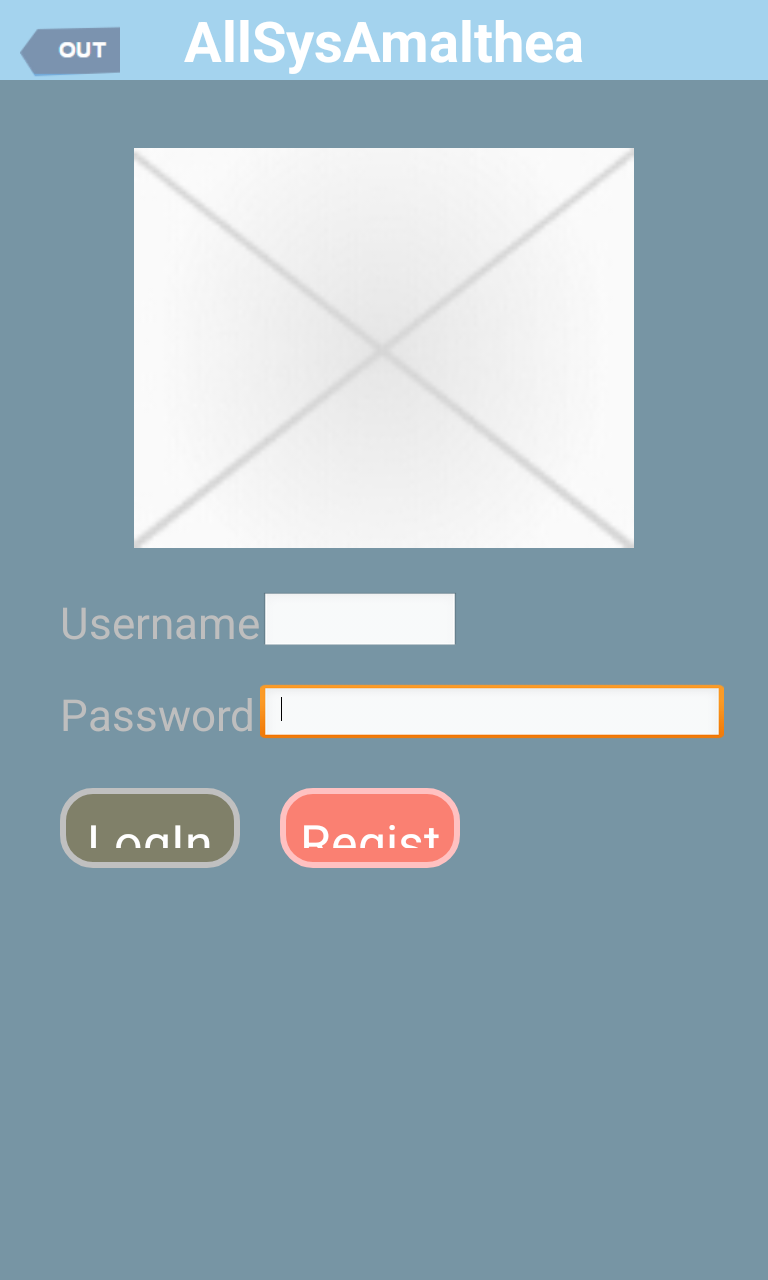
Repository: AllSysAmalthea/AllSys
Layout: APP/AppUI code/代码/Allsys/res/layout/activity_log_in.xml
The author's editor kept a copy of each file at every save. The layout is drawn from the files as they stood at one save, then again after the next save.
It is drawn on a 768 x 1280 px phone screen (xhdpi) without system bars, with theme android:Theme.NoTitleBar; the app's code is not run.

Above is the layout before, as saved 2015-06-08 02:33:04.

### APP/AppUI code/代码/Allsys/res/layout/activity_log_in.xml
<RelativeLayout xmlns:android="http://schemas.android.com/apk/res/android"
    xmlns:tools="http://schemas.android.com/tools"
    android:layout_width="match_parent"
    android:layout_height="wrap_content"
    android:layout_gravity="center_horizontal"
    android:background="@drawable/back"
    android:gravity="top"
    tools:context=".LogInActivity" >

    <AbsoluteLayout
        android:id="@+id/linearLayout1"
        android:layout_width="fill_parent"
        android:layout_height="wrap_content"
        android:orientation="horizontal" >

        <TextView
            android:id="@+id/header_text"
            android:layout_width="fill_parent"
            android:layout_height="80px"
            android:layout_x="0px"
        	android:layout_y="0px"
            android:gravity="center"
            android:singleLine="true"
            android:text="AllSysAmalthea"
            android:background="#A4D3EE"
            android:textColor="#ffffff"
            android:textSize="28sp"
            android:textStyle="bold" />

        <ImageButton
            android:id="@+id/header_left_btn"
            android:layout_width="100px"
            android:layout_height="80px"
            android:layout_x="10dp"
            android:layout_y="4dp"
            android:background="@drawable/pic1" />

    </AbsoluteLayout>

    <TextView
        android:id="@+id/textView1"
        android:layout_width="200px"
        android:layout_height="60px"
        android:layout_alignParentLeft="true"
        android:layout_below="@+id/myImageView1"
        android:layout_marginLeft="30dp"
        android:layout_marginTop="22dp"
        android:text="Username"
        android:textSize="22sp" />

    <EditText
        android:id="@+id/Username"
        android:layout_width="200px"
        android:layout_height="60px"
        android:layout_above="@+id/textView2"
        android:layout_toRightOf="@+id/textView1"
        android:ems="10"
        android:inputType="textPersonName"
        android:textSize="22sp" />

    <TextView
        android:id="@+id/textView2"
        android:layout_width="200px"
        android:layout_height="60px"
        android:layout_alignLeft="@+id/textView1"
        android:layout_below="@+id/textView1"
        android:layout_marginTop="16dp"
        android:text="Password"
        android:textSize="22sp" />

    <EditText
        android:id="@+id/Password"
        android:layout_width="200px"
        android:layout_height="60px"
        android:layout_alignParentRight="true"
        android:layout_alignTop="@+id/textView2"
        android:layout_marginRight="22dp"
        android:layout_toRightOf="@+id/textView2"
        android:ems="10"
        android:inputType="textPassword"
        android:textSize="22sp" >

        <requestFocus />
    </EditText>

    <Button
        android:id="@+id/Login"
        android:layout_width="180px"
        android:layout_height="80px"
        android:layout_alignLeft="@+id/textView2"
        android:layout_below="@+id/textView2"
        android:layout_marginTop="22dp"
        android:background="@drawable/shape"
        android:text="LogIn"
        android:textColor="#ffffff"
        android:textSize="25sp" />

    <Button
        android:id="@+id/Register"
        android:layout_width="180px"
        android:layout_height="80px"
        android:layout_alignBaseline="@+id/Login"
        android:layout_alignBottom="@+id/Login"
        android:layout_alignRight="@+id/Username"
        android:background="@drawable/shape2"
        android:text="Register"
        android:textColor="#ffffff"
        android:textSize="25sp" />

    <ImageView
        android:id="@+id/myImageView1"
        android:layout_width="500px"
        android:layout_height="400px"
        android:layout_below="@+id/linearLayout1"
        android:layout_centerHorizontal="true"
        android:layout_marginTop="30dp"
        android:background="@drawable/news" />

</RelativeLayout>

### APP/AppUI code/代码/Allsys/res/drawable-mdpi/shape.xml
<?xml version="1.0" encoding="utf-8"?>
<shape xmlns:android="http://schemas.android.com/apk/res/android"
    android:shape="rectangle" >

    <!-- 填充的颜色：这里设置背景透明 -->
    <solid android:color="#808069" />
    <!-- 边框的颜色 ：不能和窗口背景色一样-->
    <stroke
        android:width="3dp"
        android:color="#C0C0C0" />
    <!-- 设置按钮的四个角为弧形 -->
    <!-- android:radius 弧形的半径 -->
    <corners android:radius="15dip" />

    <!-- padding：Button里面的文字与Button边界的间隔 -->
    <padding
        android:bottom="10dp"
        android:left="10dp"
        android:right="10dp"
        android:top="10dp" />

</shape>

### APP/AppUI code/代码/Allsys/res/drawable-mdpi/shape2.xml
<?xml version="1.0" encoding="utf-8"?>
<shape xmlns:android="http://schemas.android.com/apk/res/android"
    android:shape="rectangle" >

    <!-- 填充的颜色：这里设置背景透明 -->
    <solid android:color="#fa8072" />
    <!-- 边框的颜色 ：不能和窗口背景色一样-->
    <stroke
        android:width="3dp"
        android:color="#FFC1C1" />
    <!-- 设置按钮的四个角为弧形 -->
    <!-- android:radius 弧形的半径 -->
    <corners android:radius="15dip" />

    <!-- padding：Button里面的文字与Button边界的间隔 -->
    <padding
        android:bottom="10dp"
        android:left="10dp"
        android:right="10dp"
        android:top="10dp" />

</shape>

After the next save:
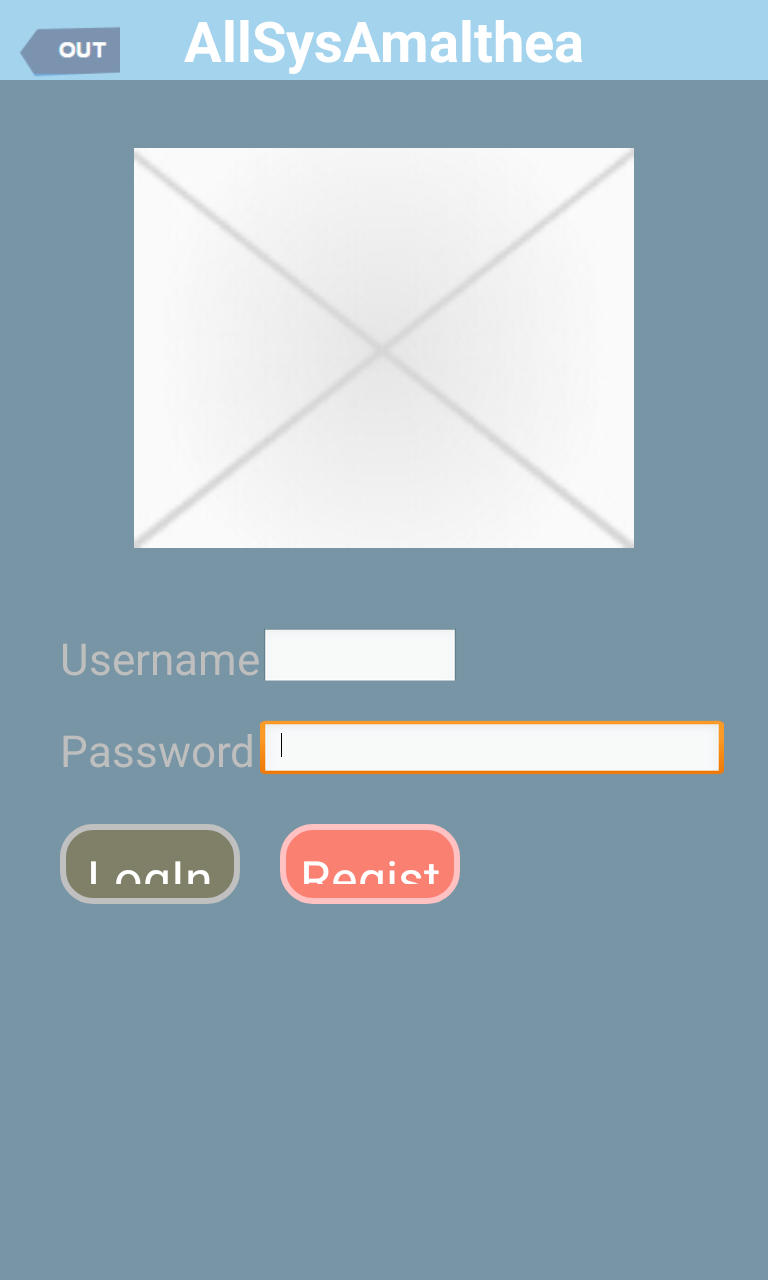
Saved 29 s later.
--- a/APP/AppUI code/代码/Allsys/res/layout/activity_log_in.xml
+++ b/APP/AppUI code/代码/Allsys/res/layout/activity_log_in.xml
@@ -44,7 +44,7 @@
         android:layout_alignParentLeft="true"
         android:layout_below="@+id/myImageView1"
         android:layout_marginLeft="30dp"
-        android:layout_marginTop="22dp"
+        android:layout_marginTop="40dp"
         android:text="Username"
         android:textSize="22sp" />
 
